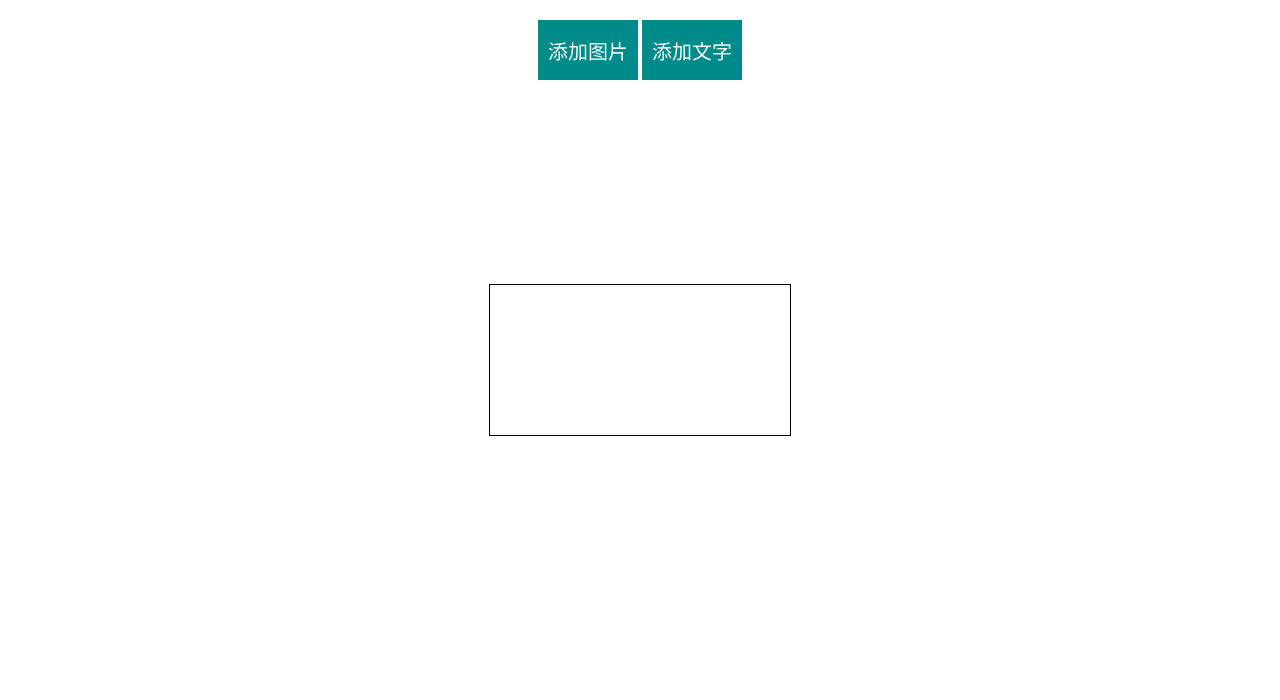
Repository: Xekin-FE/canvas-image-editor
Page: index.html
These files come from the project's save history. The page is drawn as it stood at one moment and after the next save; the edit follows.
The browser window is 1280 px wide. The pictures show the whole page.
After loading, the first visible `button` was clicked once.

Above is the page before, as saved 2018-12-14 15:51:08.
Console error: ReferenceError: Cannot access 'imgwidth' before initialization

### index.html
<!DOCTYPE html>
<html lang="en">
<head>
    <meta charset="UTF-8">
    <meta name="viewport" content="width=device-width, initial-scale=1.0">
    <meta http-equiv="X-UA-Compatible" content="ie=edge">
    <title>小程序</title>
</head>
<link rel="stylesheet" href="./static/css/main.css">
<body>
    <div id="app">
        <canvas id="main"></canvas>
        <div class="components">
            <button onclick="addImage();">添加图片</button>
            <button onclick="addText();">添加文字</button>
        </div>
    </div>
    <script src="canvas.min.js"></script>
    <script>
        let can = document.getElementById('main');
        let ctx = can.getContext('2d');
        let maxHeight = 600;
        let maxWidth = 360;
        const addImage = () => {
            let img = new Image();
            img.src = './static/image/test1.jpg';
            img.onload = () => {
                let imgwidth = img.width /
                ctx.drawImage(img, 0, 0, imgwidth, imgheight);
                ctx.save();
            }
            console.log('addImage')
        };
        const addText = () => {
            let text = '点击编辑文字'
            ctx.font = '20px Arial';
            ctx.textBaseline = 'middle'
            ctx.textAlign = 'center'
            let tw = ctx.measureText(text).width;
            let ftop =3*can.height/4 -5;
            let fleft = can.width/2;
            ctx.rect(fleft-tw/2, ftop- 10, tw+20, 30);
            ctx.fillStyle= "#fff";
            ctx.strokeStyle='#fff';
            ctx.strokeText(text, fleft, ftop);
            console.log('addText')
        };
    </script>
</body>
</html>
<!-- var c = document.getElementById("myCanvas");
c.width=img.width;
c.height=img.height;
var cxt = c.getContext("2d");
cxt.fillStyle = "rgba(255, 255, 255, 0)";
cxt.fillRect(0, 0, c.width, c.height);
cxt.drawImage(img,0,0);
cxt.save();
cxt.font = fsz+"px Arial";
cxt.textBaseline = 'middle';//更改字号后，必须重置对齐方式，否则居中麻烦。设置文本的垂直对齐方式
cxt.textAlign = 'center';
var tw = cxt.measureText(text).width;
var ftop = 2 * c.height/3-5;
var fleft = c.width/2;
cxt.fillStyle="#ff0000";
cxt.fillRect(fleft-tw/2,ftop-fsz/2,tw,fsz);//矩形在画布居中方式
cxt.fillStyle="#ffffff";
cxt.fillText(text,fleft,ftop);//文本元素在画布居中方式
cxt.strokeStyle = 'white';
cxt.strokeText(text,fleft,ftop);//文字边框 -->

### static/css/main.css
*{
    padding: 0;
    margin: 0;
}
html,body{
    height: 100%;
}
#app{
    width: 100vw;
    height: 100%;
    position: relative;
}
#app #main{
    border: 1px solid #000;
    position: absolute;
    top: 50%;left: 50%;
    transform: translate(-50%,-50%);
}
#app .components{
    text-align: center;
    padding: 20px;
}
#app .components button{
    width: 100px;
    height: 60px;
    font-size: 20px;
    background: darkcyan;
    color: #fff;
    border: 0;
    outline: none;
}

### canvas.min.js
class Base {
    constructor(opt){
        this.x = opt.x
        this.y = opt.y
        this.zIndex = opt.zIndex //图层
        this.rotate = opt.rotate
        this.opacity = 1
    }
    dragUpdate(start, end){
    // 位置更新
    }
    scaleUpdate(start, end){
    // 缩放更新
    // 角度处理
    // 放大处理
    }
    opacityUpdate(value){
        this.opacity = value
    }
};

class Text extends Base{
    constructor(opt){
        super(opt)
        this.content = '点击编辑文字'
        this.fontSize = '20px'
        this.fontWeight = '400'
        this.fontColor = '#fff'
        this.fontFamily = 'Microsoft Yahei'
        this.isFillBg = false
    }
    initUpdate(){

    }
    update(property, value){
        //一次操作只能更改一种属性
        this[property] = value
    }
};

class Canvas {
    constructor(){
        this.author = 'Xekin'
    }
    createText(){
        console.log('createText')
        var a = new Text()
        a.initUpdate()
    }
    createImage(){
        console.log('createImage')
        var b = new Image()
        b.initUpdate()
    }
};

After the next save:
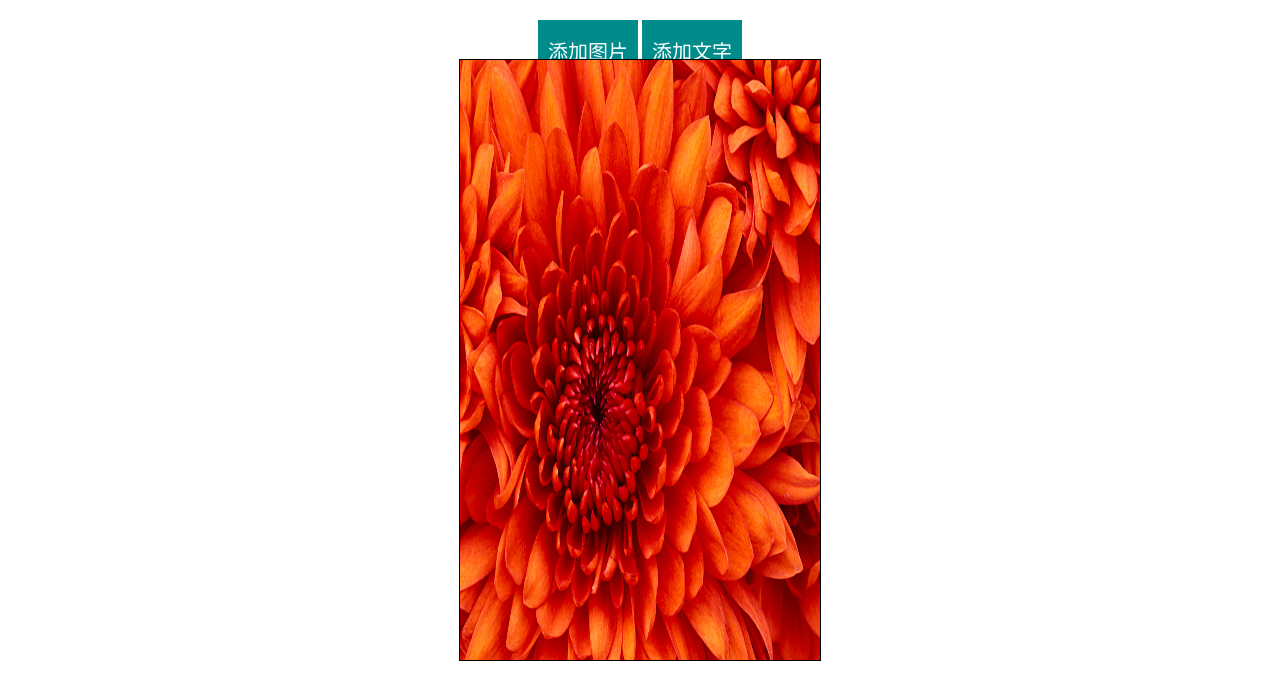
The error is gone.
Saved 3 min 39 s later.
--- a/index.html
+++ b/index.html
@@ -19,13 +19,16 @@
     <script>
         let can = document.getElementById('main');
         let ctx = can.getContext('2d');
-        let maxHeight = 600;
-        let maxWidth = 360;
         const addImage = () => {
             let img = new Image();
             img.src = './static/image/test1.jpg';
+            let maxHeight = 600;
+            let maxWidth = 360;
             img.onload = () => {
-                let imgwidth = img.width /
+                let imgwidth = img.width / img.height > 1 ? maxWidth : maxHeight/img.height*img.width;
+                let imgheight = img.width / img.height > 1 ? maxHeight : maxWidth/img.width*img.height;
+                can.width = imgwidth;
+                can.height = imgheight;
                 ctx.drawImage(img, 0, 0, imgwidth, imgheight);
                 ctx.save();
             }
